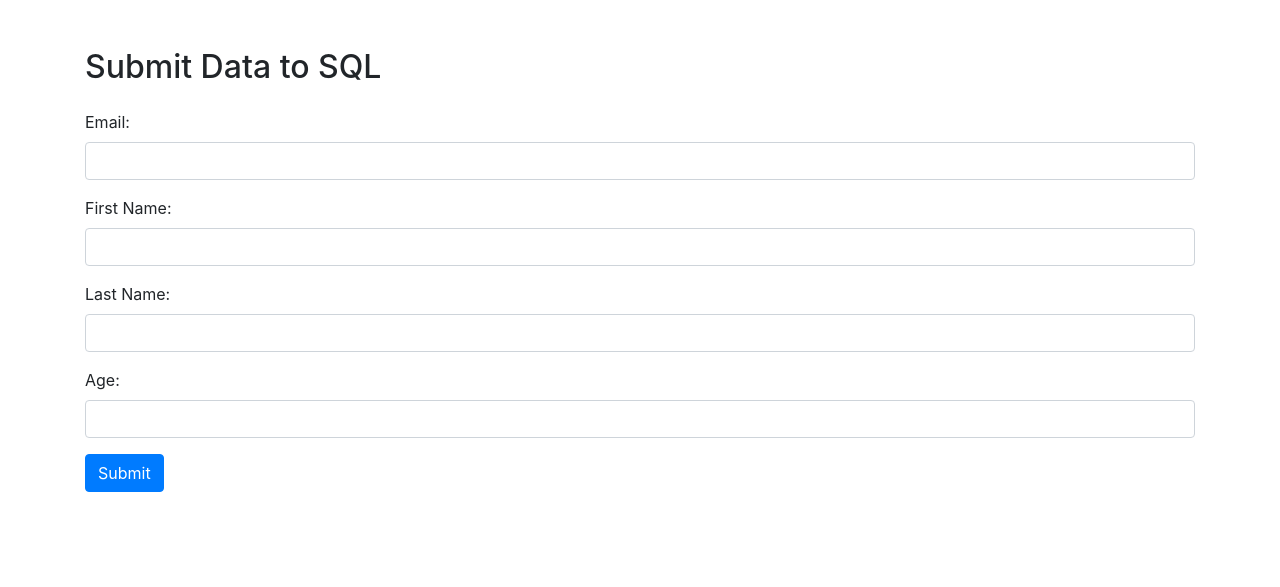
Repository: aayaaaaaaa/JciTriningg
Page: http://localhost/submitData/submitForm.php
An editor plug-in stored every save of this project. The page is shown before and after the next save, followed by the edit.
The browser window is 1280 px wide. The pictures show the whole page.
The page is run by PHP 8.4 with error messages shown; the project is at /var/www/html/.

Above is the page before, as saved 2023-08-16 21:21:32.
Console error: TypeError: Cannot read properties of undefined (reading 'fn')

After the next save:
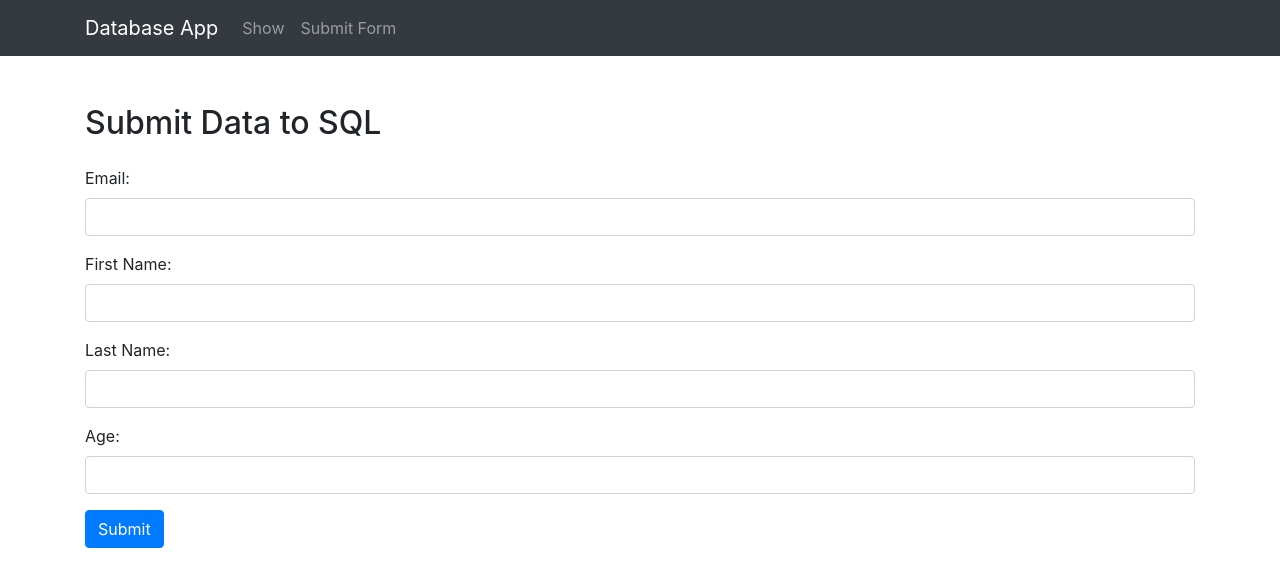
Saved 7 s later.
--- a/submitData/submitForm.php
+++ b/submitData/submitForm.php
@@ -8,6 +8,25 @@
 </head>
 
 <body>
+
+    <nav class="navbar navbar-expand-lg navbar-dark bg-dark">
+        <div class="container">
+            <a class="navbar-brand" href="#">Database App</a>
+            <button class="navbar-toggler" type="button" data-toggle="collapse" data-target="#navbarNav" aria-controls="navbarNav" aria-expanded="false" aria-label="Toggle navigation">
+                <span class="navbar-toggler-icon"></span>
+            </button>
+            <div class="collapse navbar-collapse" id="navbarNav">
+                <ul class="navbar-nav">
+                    <li class="nav-item">
+                        <a class="nav-link" href="#showSection">Show</a>
+                    </li>
+                    <li class="nav-item">
+                        <a class="nav-link" href="#submitFormSection">Submit Form</a>
+                    </li>
+                </ul>
+            </div>
+        </div>
+    </nav>
     <div class="container mt-5">
         <h2 class="mb-4">Submit Data to SQL</h2>
 
@@ -29,7 +48,7 @@
                 <label for="age">Age:</label>
                 <input type="text" class="form-control" id="age" name="age" required>
             </div>
-            <button type="submit" name="submit" id ='submitButton' class="btn btn-primary">Submit</button>
+            <button type="submit" name="submit" id='submitButton' class="btn btn-primary">Submit</button>
         </form>
     </div>
     <!-- Add Bootstrap JS and jQuery (for Bootstrap features) -->
@@ -49,7 +68,7 @@
         });
     </script>
 
-<script src="../bootstrapjs/bootstrap.min.js"></script>
+    <script src="../bootstrapjs/bootstrap.min.js"></script>
 
 </body>
 
